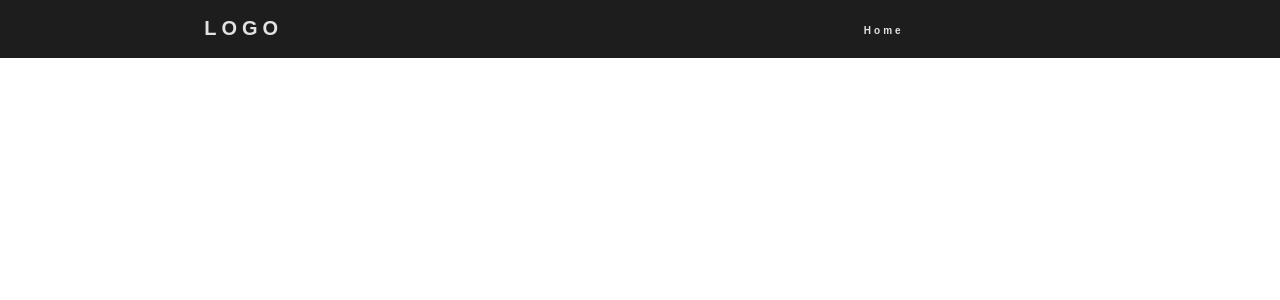
Repository: nourabdelhakam/drag-drop
Page: index.html
An editor plug-in stored every save of this project. The page is shown before and after the next save, followed by the edit.
The browser window is 1280 px wide. The pictures show the whole page.

Above is the page before, as saved 2020-07-03 07:03:09.

### index.html
<!DOCTYPE html>
<html lang="en">
<head>
    <meta charset="UTF-8">
    <meta name="viewport" content="width=device-width, initial-scale=1.0">
    <meta http-equiv="X-UA-Compatible" content="ie=edge">
    <title>Drag & Drop</title>
    <link rel="stylesheet" href="nav/nav.css">
    <link rel="stylesheet" href="css/main.css">
</head>
<body>

    <!-- <nav> -->
        <nav>
            <div class="logo">
                <h4>LOGO</h4>
            </div>
            <ul class="nav-links">
                <li><a href="">Home</a></li>
            </ul>
            <div class="burger">
                <div class="line1"></div>
                <div class="line2"></div>
                <div class="line3"></div>
            </div>
        </nav>
      <!-- </nav> end of nav -->
    <script src="main.js" type="text/javascript"></script>
    <script src="nav/nav.js" type="text/javascript"></script>
</body>
</html>

### nav/nav.css
nav {
    display: flex;
    justify-content: space-around;
    align-items: center;
    min-height: 8vh;
    background-color: #1D1D1D;
    font-family: "Poppins", sans-serif;
}
.logo {
    color: rgb(226, 226, 226);
    text-transform: uppercase;
    letter-spacing: 5px;
    font-size: 20px;
}
.nav-links {
    display: flex;
    justify-content: space-around;
    width: 30%;
}
.nav-links li {
    list-style: none;
}
.nav-links a {
    color: rgb(226, 226, 226);
    text-decoration: none;
    letter-spacing: 3px;
    font-weight: bold;
    font-size: 10px;
}
.burger {
    display: none;
    cursor: pointer;
}
.burger div {
    width: 25px;
    height: 3px;
    background-color: rgb(226, 226, 226);
    margin: 5px;
    transition: all 0.3s ease;
}


@media screen and (max-width:1024px) {
    .nav-links {
        width: 60%;
    }
}

@media screen and (max-width:768px) {

    body {
        overflow-x: hidden;
    }
    .nav-links {
        position: absolute;
        right: 0px;
        height: 92vh;
        top: 8vh;
        background-color: #1D1D1D;
        display: flex;
        flex-direction: column;
        align-items: center;
        width: 50%;
        transform: translatex(100%);
        transition: transform 0.5s ease-in;
    }
    .nav-links li {
        opacity: 0;
    }
    .burger {
        display: block;
    }
}

.nav-active {
    transform: translatex(0%);
}

@keyframes navLinkFade {
    from {
        opacity: 0;
        transform: translatex(50%);
    }
    to {
        opacity: 1;
        transform: translatex(0%);
    }
}

.toggle .line1 {
    transform: rotate(-45deg) translate(-5px, 6px);
}
.toggle .line2 {
    opacity: 0;
}
.toggle .line3 {
    transform: rotate(45deg) translate(-5px, -6px);
}

.landing {
    height: 90vh;
    display: flex;
    justify-content: center;
    align-items: center;
}
.landing h1 {
    margin: 100px;
    font-size: 50px;
    color: #ae5fce;
}

### css/main.css
* {
    margin: 0;
    padding: 0;
    box-sizing: border-box;
}
body {
    font-family: Arial, Helvetica, sans-serif;
}

### nav/nav.js
const navSlide = () => {
    const burger = document.querySelector('.burger');
    const nav = document.querySelector('.nav-links');
    const navLinks = document.querySelectorAll('.nav-links li');


    burger.addEventListener('click', () => {

        //Toggle Nav
        nav.classList.toggle('nav-active');

        //Animate Links
        navLinks.forEach((link, index) => {

            if (link.style.animation) {
                link.style.animation = '';
            } else {
                link.style.animation = `navLinkFade 0.5s ease forwards ${index / 7 + 0.3}s`;
            }

        });

        //Burger Animation
        burger.classList.toggle('toggle');
    });

}

navSlide();

Loaded but not shown: main.js (no stored copy; drawn as an empty file)

After the next save:
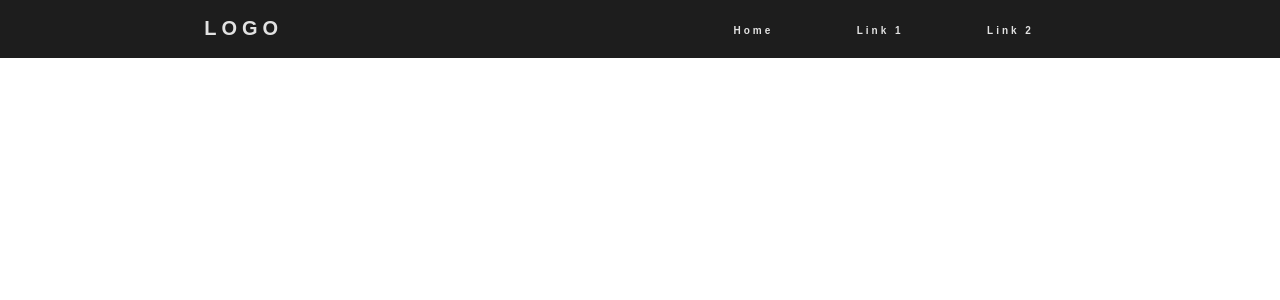
Saved 4 min 47 s later.
--- a/index.html
+++ b/index.html
@@ -17,6 +17,8 @@
             </div>
             <ul class="nav-links">
                 <li><a href="">Home</a></li>
+                <li><a href="">Link 1</a></li>
+                <li><a href="">Link 2</a></li>
             </ul>
             <div class="burger">
                 <div class="line1"></div>
@@ -25,6 +27,8 @@
             </div>
         </nav>
       <!-- </nav> end of nav -->
+
+
     <script src="main.js" type="text/javascript"></script>
     <script src="nav/nav.js" type="text/javascript"></script>
 </body>
